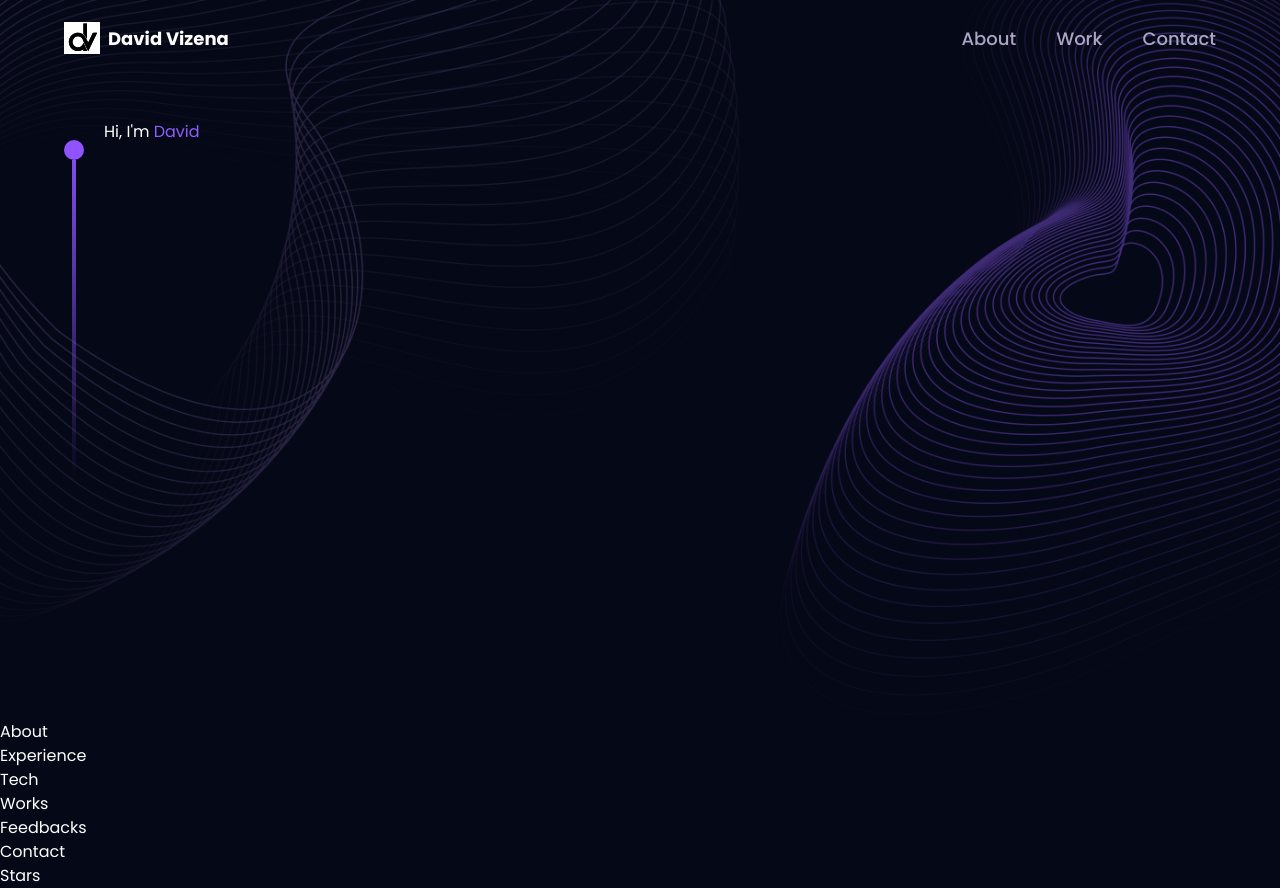
Repository: david-vizena/3d-portfolio
Page: /
An editor plug-in stored every save of this project. The page is shown before and after the next save, followed by the edit.
The browser window is 1280 px wide. The pictures show the whole page.
The project was rebuilt for these pictures with package versions that can differ from the ones it lists, and the page was loaded fresh each time. Also part of the build but not shown: vite.config.js, src/components/canvas/Earth.jsx, src/components/canvas/Ball.jsx, src/components/canvas/Computers.jsx.

Above is the page before, as saved 2023-04-03 16:42:56.

After the next save:
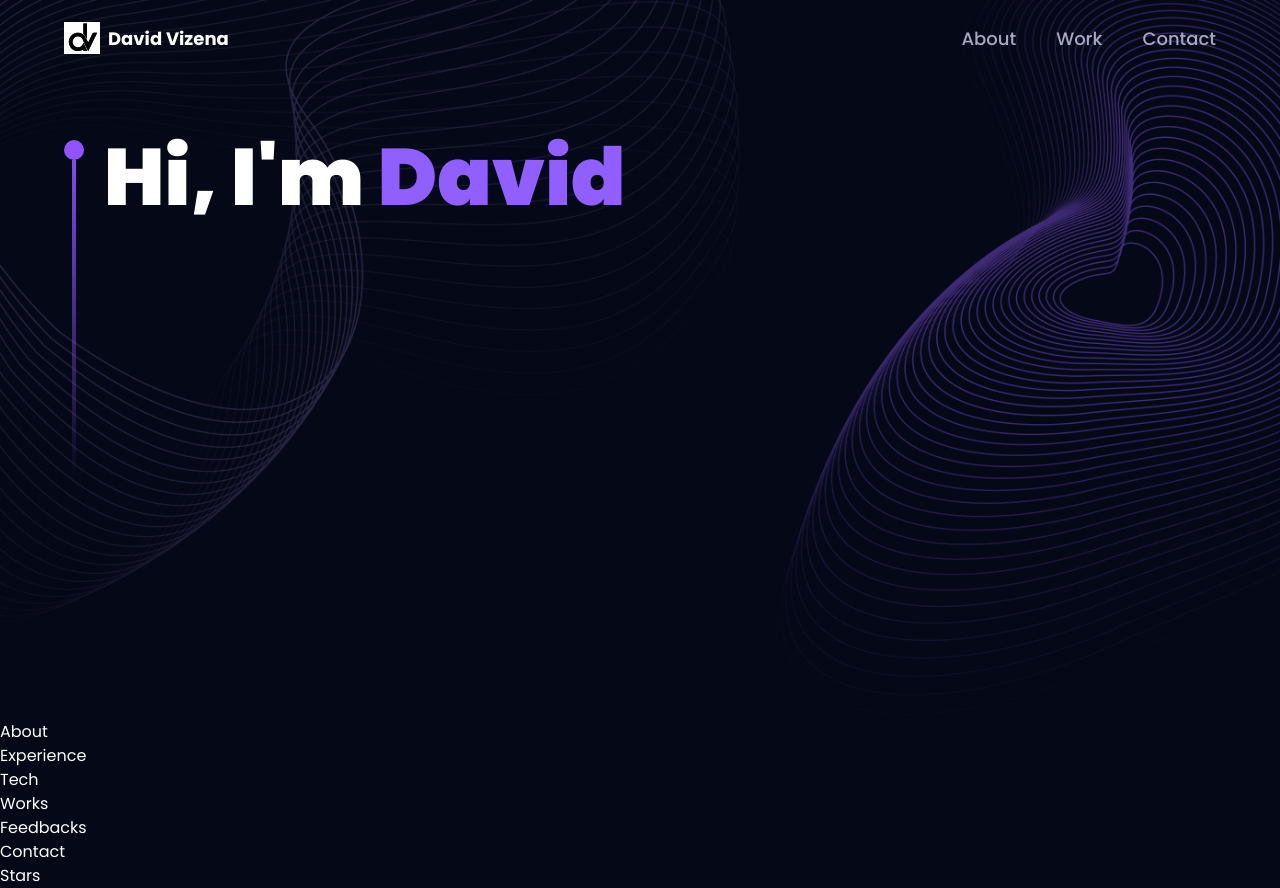
Saved 33 s later.
--- a/src/components/Hero.jsx
+++ b/src/components/Hero.jsx
@@ -14,7 +14,7 @@
 				</div>
 
 				<div>
-					<h1>
+					<h1 className={`${styles.heroHeadText} text-white`}>
 						Hi, I'm <span className='text-[#915eff]'>David</span>
 					</h1>
 				</div>
